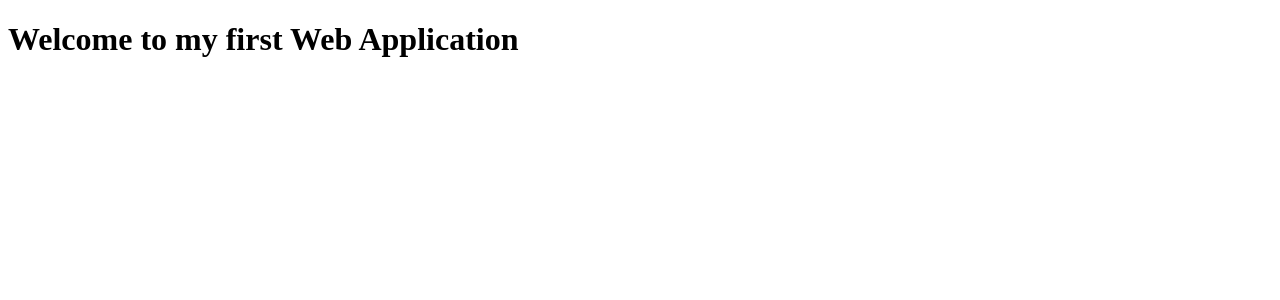
Repository: abhinavk718/servlet-project
Page: myfirstwebapp/WebContent/index.html
An editor plug-in stored every save of this project. The page is shown before and after the next save, followed by the edit.
The browser window is 1280 px wide. The pictures show the whole page.

Above is the page before, as saved 2019-11-12 09:54:53.

After the next save:
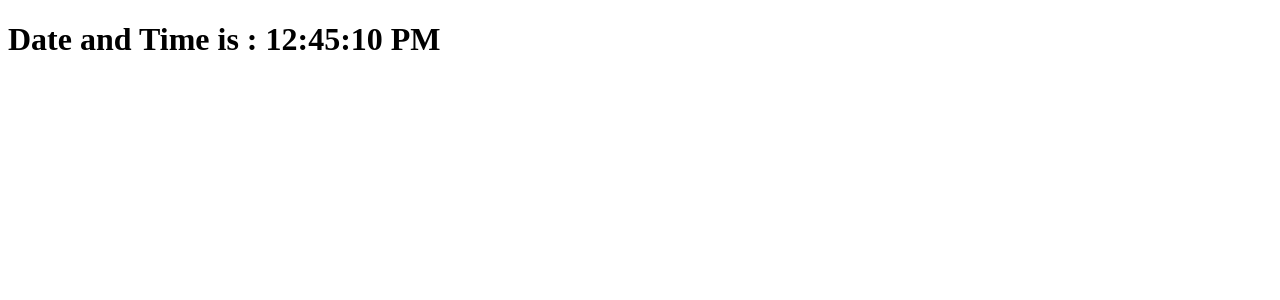
Saved 5 s later.
--- a/myfirstwebapp/WebContent/index.html
+++ b/myfirstwebapp/WebContent/index.html
@@ -5,6 +5,6 @@
 <title>Insert title here</title>
 </head>
 <body>
-<h1>Welcome to my first Web Application</h1>
+<h1>Date and Time is : 12:45:10 PM</h1>
 </body>
 </html>
